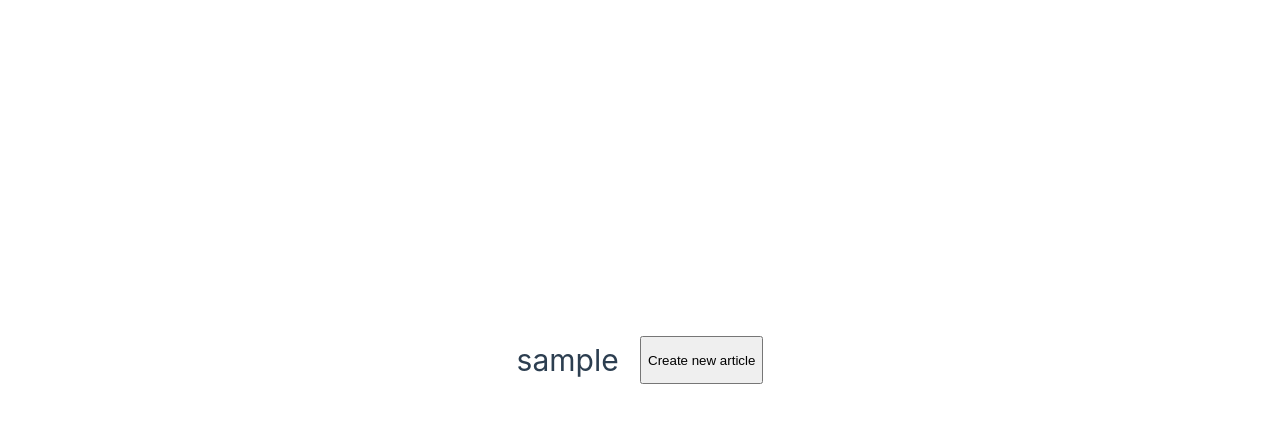
Repository: khentandaya/bulletinboard_crud
Page: /
An editor plug-in stored every save of this project. The page is shown before and after the next save, followed by the edit.
The browser window is 1280 px wide. The pictures show the whole page.
The project was rebuilt for these pictures with package versions that can differ from the ones it lists, and the page was loaded fresh each time. Also part of the build but not shown: vite.config.js.

Above is the page before, as saved 2022-08-11 14:47:21.

After the next save:
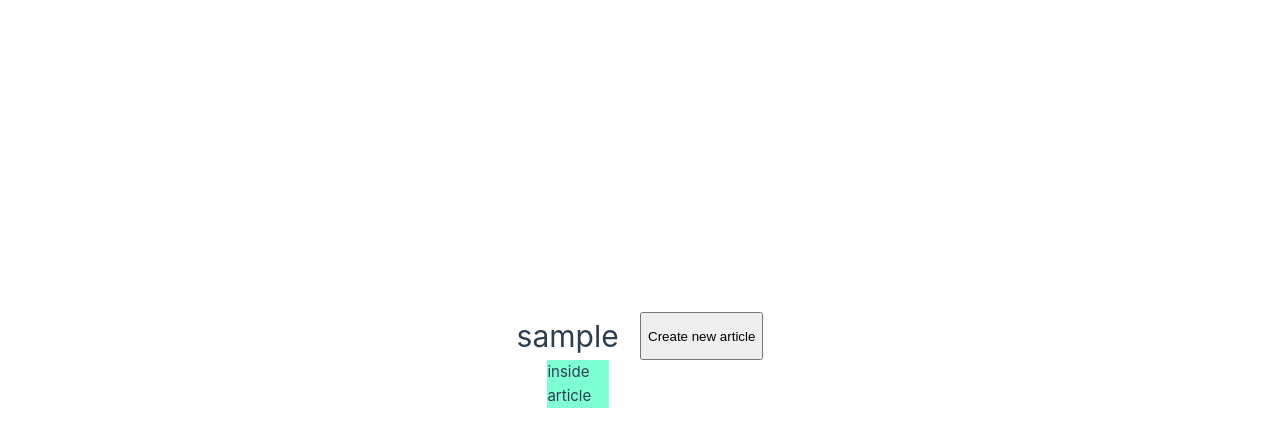
Saved 20 s later.
--- a/src/App.vue
+++ b/src/App.vue
@@ -15,7 +15,7 @@ const handleClick = () =>{
   <button type="button" v-on:click="toggle = true">Create new article</button>
 
   <div class="article" v-if="toggle" >
-
+    inside article
   </div>
 
 </template>

After the save that followed:
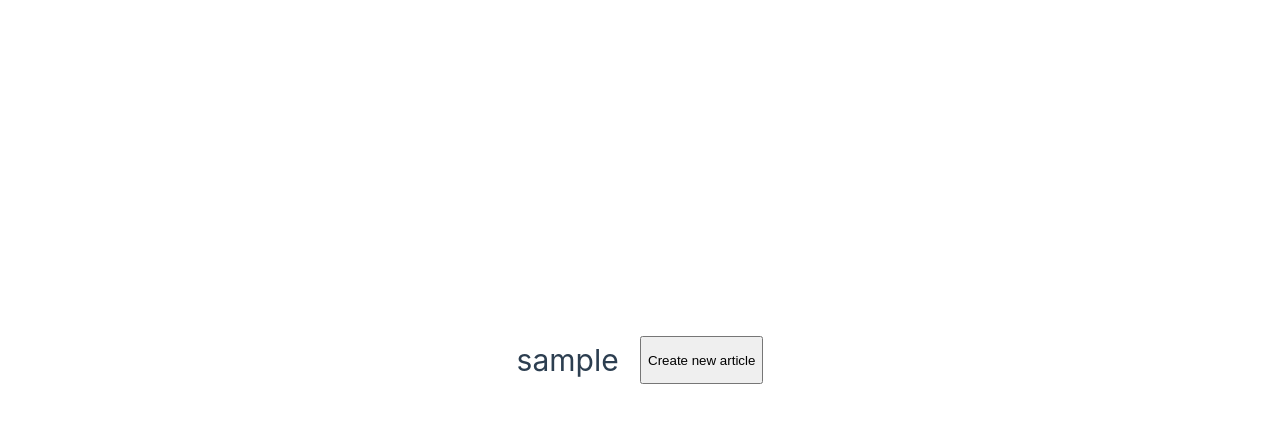
Saved 8 s later.
--- a/src/App.vue
+++ b/src/App.vue
@@ -1,6 +1,6 @@
 <script setup>
 
-let toggle = true;
+let toggle = false;
 
 const handleClick = () =>{
   toggle = true;
